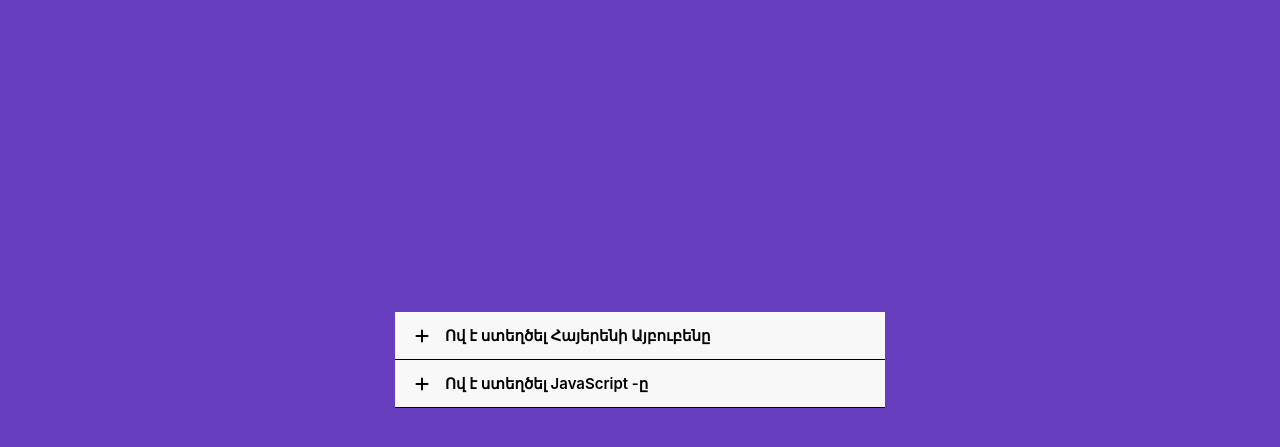
Repository: vardgeshakobyann/Accordion-ReactJS
Page: /, after clicking the first element matching `div.header`
The author's editor kept a copy of each file at every save. The page is drawn from the files as they stood at one save, then again after the next save.
The browser window is 1280 px wide. The pictures show the whole page.
The project was rebuilt for these pictures with package versions that can differ from the ones it lists, and the page was loaded fresh each time.

Above is the page before, as saved 2025-06-11 09:27:23.

### public/index.html
<!DOCTYPE html>
<html lang="en">
  <head>
    <meta charset="utf-8" />
    <link rel="icon" href="%PUBLIC_URL%/favicon.ico" />
    <meta name="viewport" content="width=device-width, initial-scale=1" />
    <meta name="theme-color" content="#000000" />
    <meta
      name="description"
      content="Web site created using create-react-app"
    />
    <link rel="apple-touch-icon" href="%PUBLIC_URL%/logo192.png" />
    <!--
      manifest.json provides metadata used when your web app is installed on a
      user's mobile device or desktop. See https://developers.google.com/web/fundamentals/web-app-manifest/
    -->
    <link rel="manifest" href="%PUBLIC_URL%/manifest.json" />
    <!--
      Notice the use of %PUBLIC_URL% in the tags above.
      It will be replaced with the URL of the `public` folder during the build.
      Only files inside the `public` folder can be referenced from the HTML.

      Unlike "/favicon.ico" or "favicon.ico", "%PUBLIC_URL%/favicon.ico" will
      work correctly both with client-side routing and a non-root public URL.
      Learn how to configure a non-root public URL by running `npm run build`.
    -->
      <link rel="stylesheet" href="https://cdnjs.cloudflare.com/ajax/libs/font-awesome/6.7.2/css/all.min.css" integrity="sha512-Evv84Mr4kqVGRNSgIGL/F/aIDqQb7xQ2vcrdIwxfjThSH8CSR7PBEakCr51Ck+w+/U6swU2Im1vVX0SVk9ABhg==" crossorigin="anonymous" referrerpolicy="no-referrer" />
    <title>React App</title>
  </head>
  <body>
    <noscript>You need to enable JavaScript to run this app.</noscript>
    <div id="root"></div>
    <!--
      This HTML file is a template.
      If you open it directly in the browser, you will see an empty page.

      You can add webfonts, meta tags, or analytics to this file.
      The build step will place the bundled scripts into the <body> tag.

      To begin the development, run `npm start` or `yarn start`.
      To create a production bundle, use `npm run build` or `yarn build`.
    -->
  </body>
</html>

### src/index.js
import ReactDOM from 'react-dom/client';
import './index.css';
import App from './App';

const root = ReactDOM.createRoot(document.getElementById('root'));
root.render(<App />);

### src/index.css
* {
  margin: 0;
  padding: 0;
  box-sizing: border-box;
}

body {
  margin: 0;
  font-family: -apple-system, BlinkMacSystemFont, 'Segoe UI', 'Roboto', 'Oxygen',
    'Ubuntu', 'Cantarell', 'Fira Sans', 'Droid Sans', 'Helvetica Neue',
    sans-serif;
  -webkit-font-smoothing: antialiased;
  -moz-osx-font-smoothing: grayscale;
  background: #673EBD;
}

code {
  font-family: source-code-pro, Menlo, Monaco, Consolas, 'Courier New',
    monospace;
}

### src/App.js
import './App.css';
import Accordion from './components/Accordion/Accordion';

function App() {
  return (
    <div className="App">
      <Accordion />
    </div>
  );
}

export default App;

### src/App.css
.App {
  width: 100%;
  height: 100vh;
  display: flex;
  justify-content: center;
  align-items: center;
}

### src/components/Accordion/Accordion.jsx
import './accordion.css';
import { data } from '../../DB';
import AccordionItem from '../AccordionItem/AccordionItem';

const Accordion = () => {
    return (
        <div className="accordion">
            {
                data.map((el) => {
                    return (
                        <AccordionItem
                            key={el.id}
                            question={el.question}
                        />
                    )
                })
            }
        </div>
    )
}

export default Accordion;

### src/components/Accordion/accordion.css
.accordion {
    width: 490px;
    border-radius: 4px;
}

### src/DB.js
export const data = [
    {
        id: 1,
        question: "Ով է ստեղծել Հայերենի Այբուբենը",
        answer: "Մեսրոպ Մաշտոցը 405թ -ին 5րդ դարում",
        isComplited: false
    },
    {
        id: 2,
        question: "Ով է ստեղծել JavaScript -ը",
        answer: "JavaScript -ը թողարկվել 1995թ -ին Netscape ընկերության կողմից, նրան ստեղծել է Բրենդան Այկը",
        isComplited: false
    }
];

### src/components/AccordionItem/AccordionItem.jsx
import './accordionItem.css';

const AccordionItem = ({question}) => {
    return (
        <div className="accordionItem">
            <div className="header">
                <div className="block">
                    <i className="fa-solid fa-plus"></i>
                    <p>{question}</p>
                </div>
            </div>
        </div>
    )
}

export default AccordionItem;

### src/components/AccordionItem/accordionItem.css
.accordionItem {
    width: 100%;
}

.accordionItem .header {
    width: 100%;
    height: 48px;
    background: #F8F8F8;
    padding: 10px;
    display: flex;
    justify-content: space-between;
    align-items: center;
    border-bottom: 1px solid #000;
    cursor: pointer;
}

.accordionItem .header .block {
    display: flex;
    justify-content: center;
    align-items: center;
    gap: 16px;
    padding: 10px;
}

.accordionItem .header .block p {
    font-weight: 600;
    font-size: 15px;
}

After the next save:
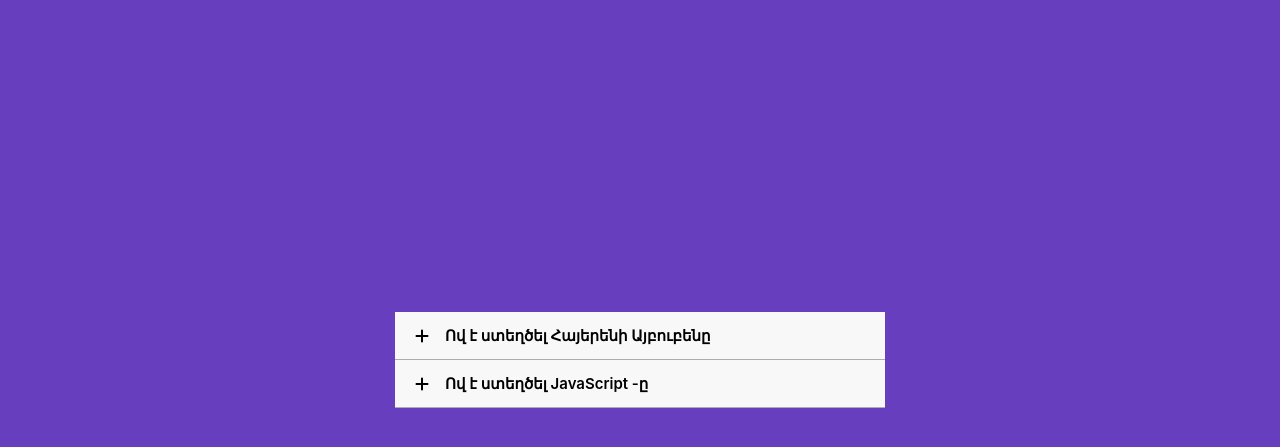
Saved 6 s later.
--- a/src/components/AccordionItem/accordionItem.css
+++ b/src/components/AccordionItem/accordionItem.css
@@ -10,7 +10,7 @@
     display: flex;
     justify-content: space-between;
     align-items: center;
-    border-bottom: 1px solid #000;
+    border-bottom: 1px solid #acacac;
     cursor: pointer;
 }
 
